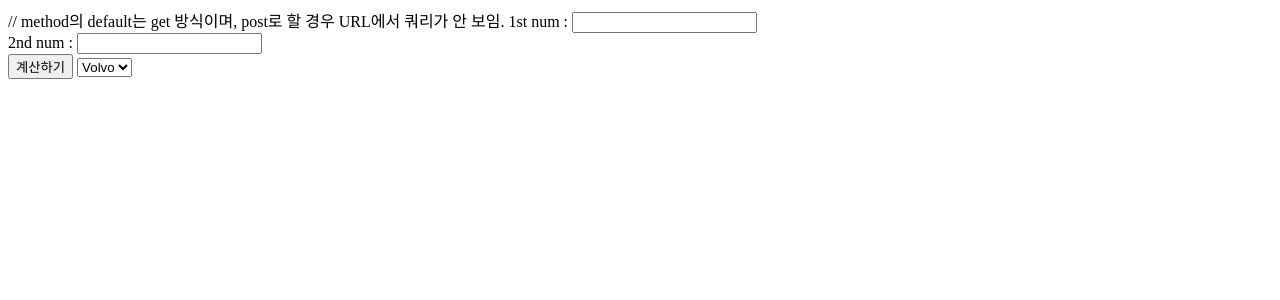
Repository: chuni90/bigdata
Page: http://localhost/tutorial_02/add_3.jsp
The author's editor kept a copy of each file at every save. The page is drawn from the files as they stood at one save, then again after the next save.
The browser window is 1280 px wide. The pictures show the whole page.
The page is served by Tomcat 9.

Above is the page before, as saved 2019-09-23 07:43:39.

### 2. Java DB/Oracle/tutorial_02/WebContent/add_3.jsp
<%@ page language="java" contentType="text/html; charset=UTF-8"
    pageEncoding="UTF-8"%>


<!DOCTYPE html PUBLIC "-//W3C//DTD HTML 4.01 Transitional//EN" "http://www.w3.org/TR/html4/loose.dtd">
<html>
	<head>
		<meta http-equiv="Content-Type" content="text/html; charset=UTF-8">
		<title>Insert title here</title>
	</head>
	<body>
		<form action = "add_pro.jsp" method = "post"> // method의 default는 get 방식이며, post로 할 경우 URL에서 쿼리가 안 보임.
			1st num : <input name = "num1" type = "text"/><br>
			2nd num : <input name = "num2" type = "text"/><br>

			<input type = "submit" value = "계산하기"/>
			<select name="cars">
			    <option value="volvo">Volvo</option>
			    <option value="saab">Saab</option>
			    <option value="fiat">Fiat</option>
			    <option value="audi">Audi</option>
		  	</select>

		</form>

	</body>
</html>

After the next save:
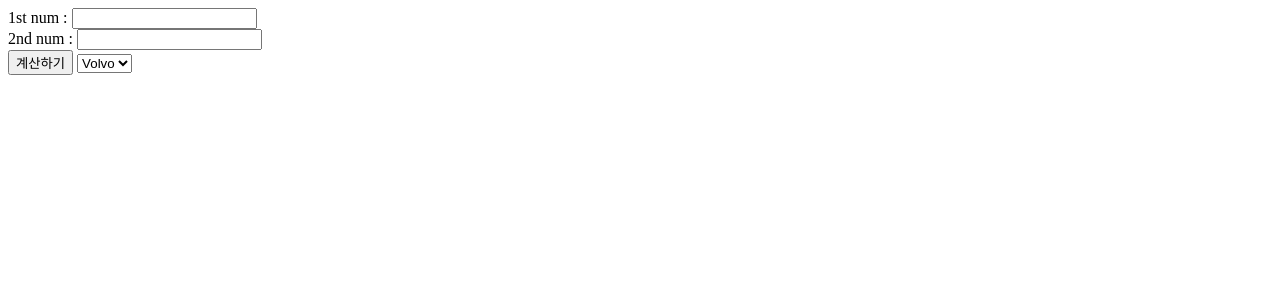
Saved 49 s later.
--- a/2. Java DB/Oracle/tutorial_02/WebContent/add_3.jsp
+++ b/2. Java DB/Oracle/tutorial_02/WebContent/add_3.jsp
@@ -9,7 +9,7 @@
 		<title>Insert title here</title>
 	</head>
 	<body>
-		<form action = "add_pro.jsp" method = "post"> // method의 default는 get 방식이며, post로 할 경우 URL에서 쿼리가 안 보임.
+		<form action = "add_pro.jsp" method = "post"> <!-- method의 default는 get 방식이며, post로 할 경우 URL에서 쿼리가 안 보임-->
 			1st num : <input name = "num1" type = "text"/><br>
 			2nd num : <input name = "num2" type = "text"/><br>
 
